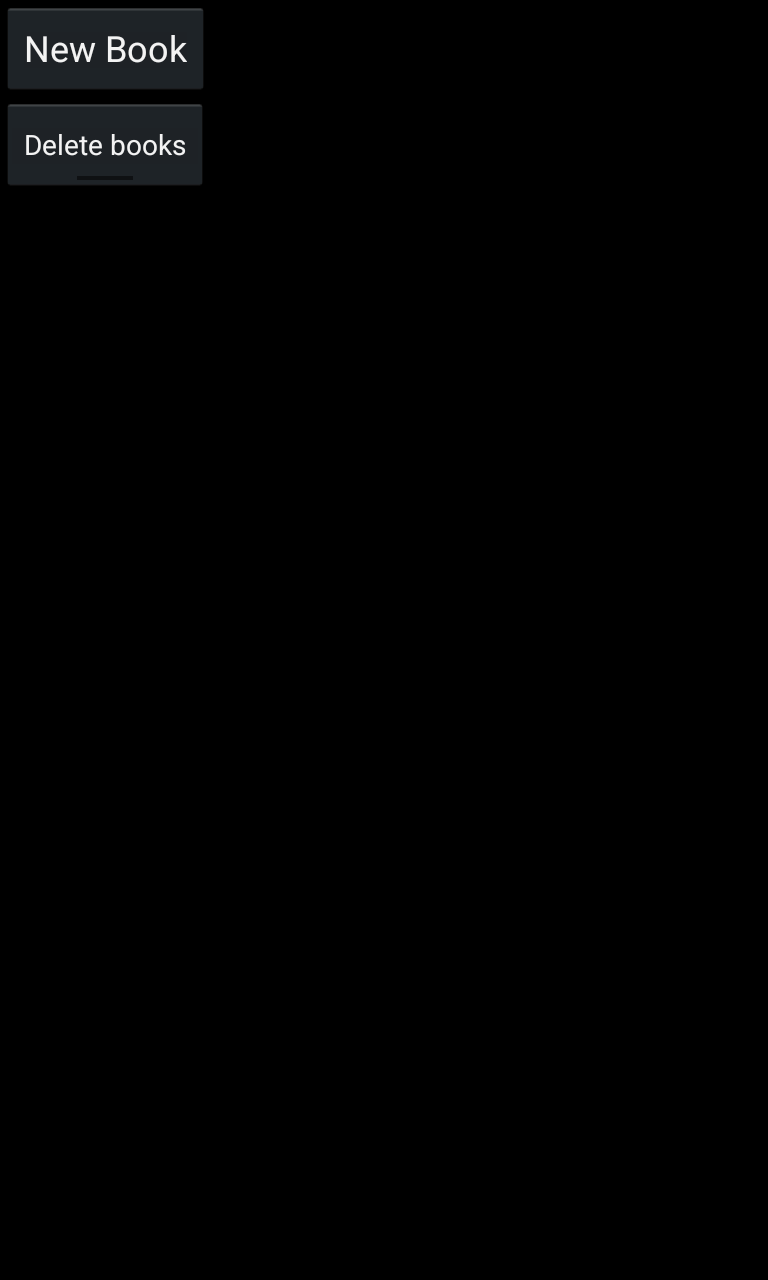
Repository: ringe/andra
Layout: Bookie/res/layout/main.xml
These files come from the project's save history. The layout is drawn as it stood at one moment and after the next save; the edit follows.
It is drawn on a 768 x 1280 px phone screen (xhdpi) without system bars, with theme android:Theme.Holo; the app's code is not run. Lists and similar views that code fills are empty.

Above is the layout before, as saved 2012-02-29 10:07:48.

### Bookie/res/layout/main.xml
<?xml version="1.0" encoding="utf-8"?>
<LinearLayout xmlns:android="http://schemas.android.com/apk/res/android"
    android:layout_width="fill_parent"
    android:layout_height="fill_parent"
    android:orientation="vertical" >

    <Button
        android:id="@+id/newbook"
        android:layout_width="wrap_content"
        android:layout_height="wrap_content"
        android:text="New Book" />

    <ToggleButton
        android:id="@+id/deletebook"
        android:layout_width="wrap_content"
        android:layout_height="wrap_content"
        android:text="Delete Books"
        android:textOff="Delete books"
        android:textOn="Deleting books"/>

    <ListView
        android:id="@+id/booklist"
        android:layout_width="match_parent"
        android:layout_height="wrap_content" >
    </ListView>

</LinearLayout>

After the next save:
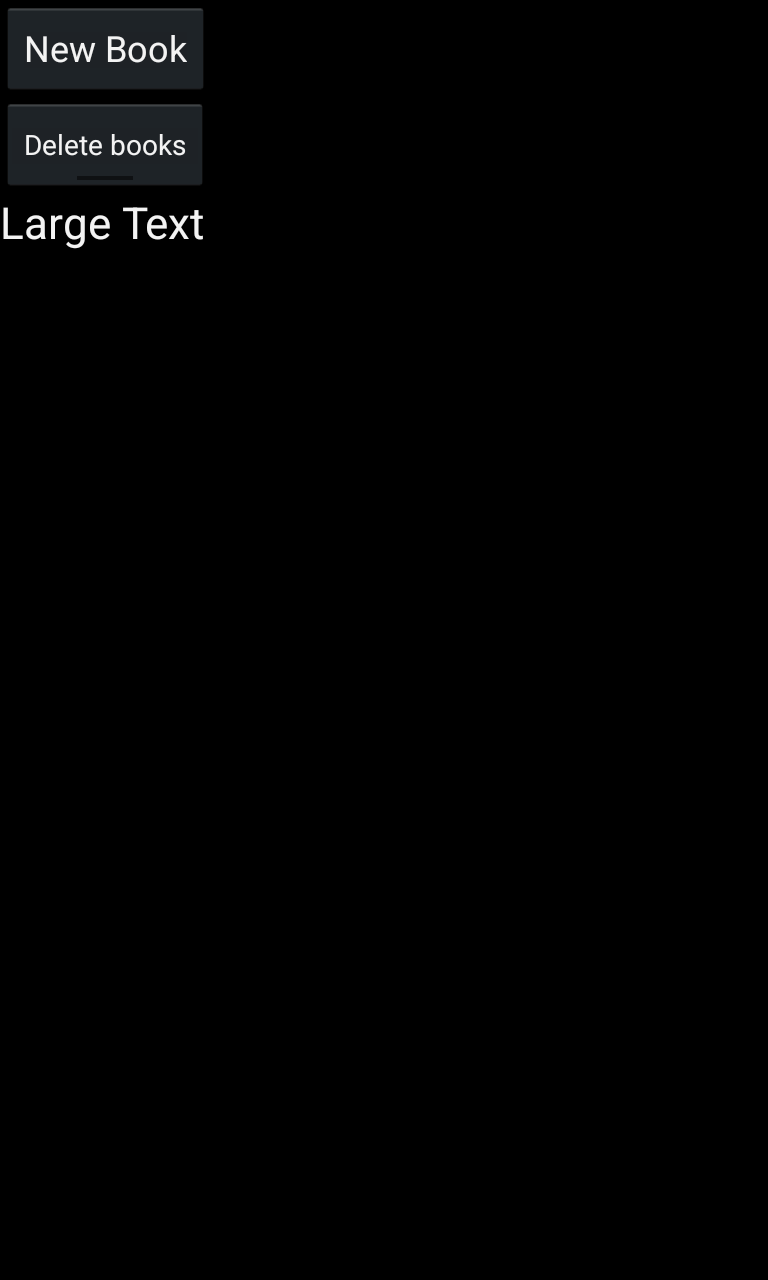
Saved 57 s later.
--- a/Bookie/res/layout/main.xml
+++ b/Bookie/res/layout/main.xml
@@ -16,12 +16,14 @@
         android:layout_height="wrap_content"
         android:text="Delete Books"
         android:textOff="Delete books"
-        android:textOn="Deleting books"/>
+        android:textOn="Deleting books" />
 
-    <ListView
-        android:id="@+id/booklist"
+    <TextView
+        android:id="@+id/bookName"
         android:layout_width="match_parent"
-        android:layout_height="wrap_content" >
-    </ListView>
+        android:layout_height="wrap_content"
+        android:layout_weight="0.06"
+        android:text="Large Text"
+        android:textAppearance="?android:attr/textAppearanceLarge" />
 
 </LinearLayout>
